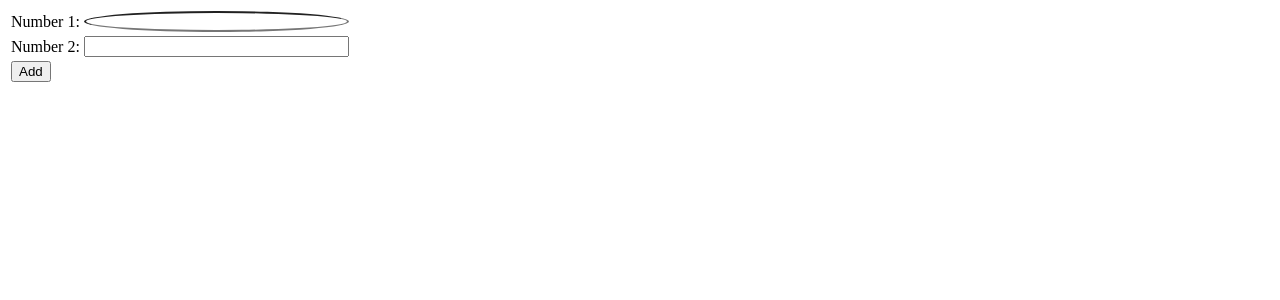
Repository: davidm15/FirstServlet
Page: http://localhost/Calculator/
The author's editor kept a copy of each file at every save. The page is drawn from the files as they stood at one save, then again after the next save.
The browser window is 1280 px wide. The pictures show the whole page.
The page is served by Tomcat 9.

Above is the page before, as saved 2017-03-17 12:39:15.

After the next save:
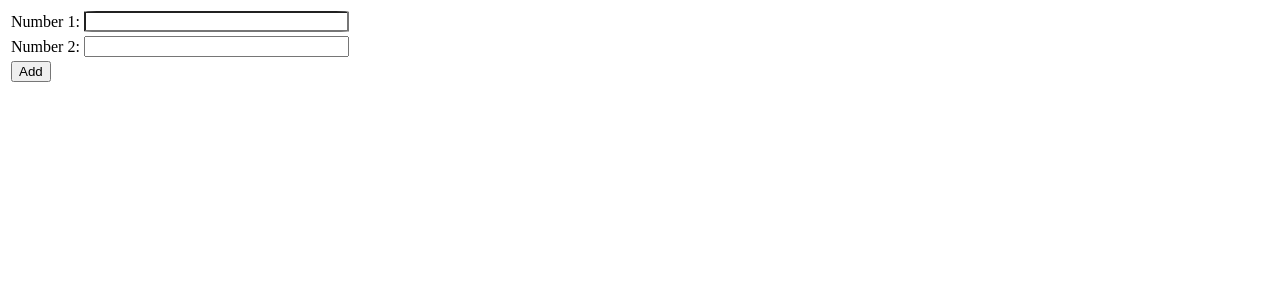
Saved 8 s later.
--- a/Calculator/WebContent/index.jsp
+++ b/Calculator/WebContent/index.jsp
@@ -14,7 +14,7 @@
 	<tr>
 		<td>Number 1:
 		</td>
-		<td><input type="text" name="num1" size="30" style="border-radius: 50%;">
+		<td><input type="text" name="num1" size="30" style="border-radius: 5%;">
 		</td>
 	</tr>
 	<tr>
